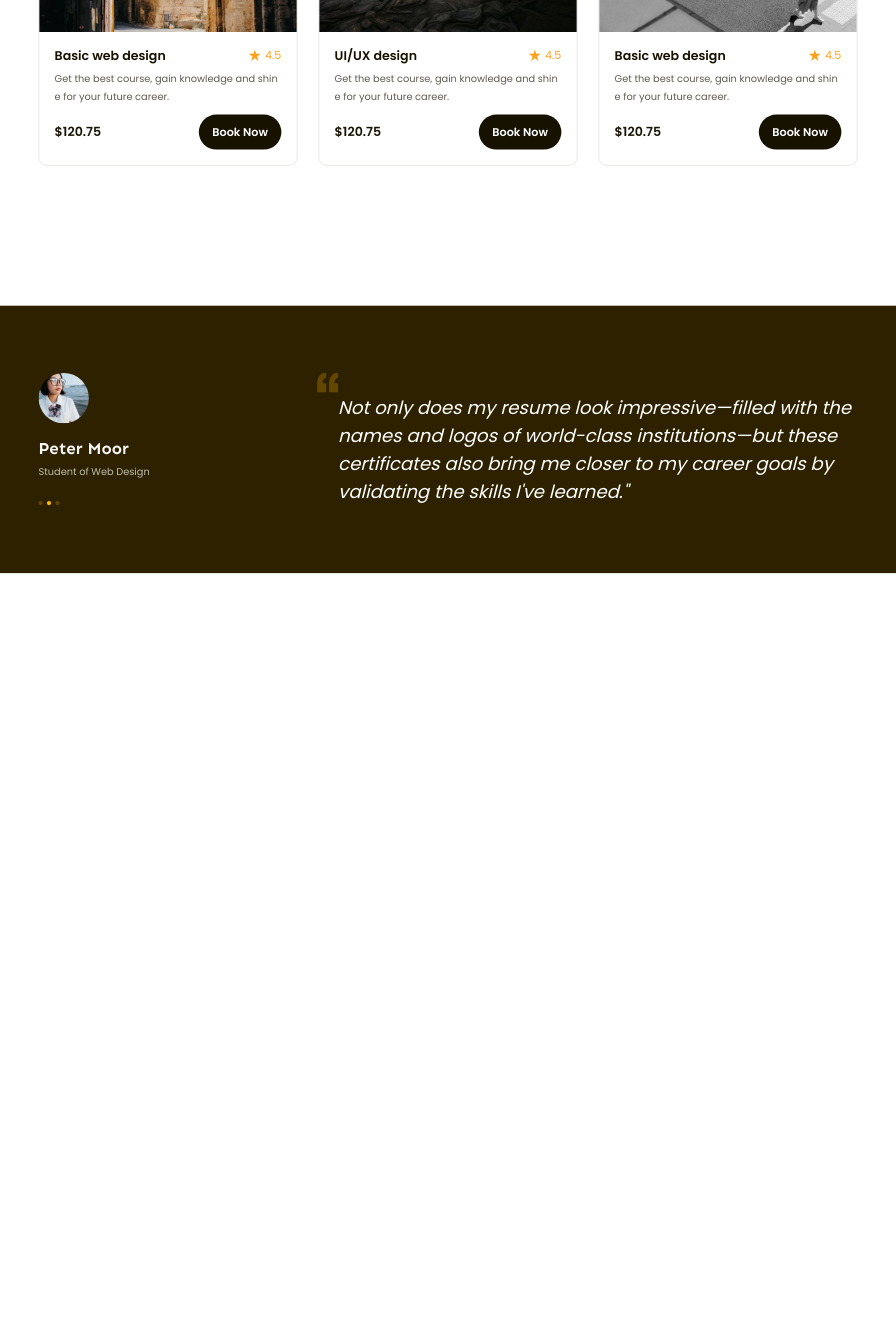
Repository: empty24062002/f8-htmlcss-02-pratice
Page: index.html
These files come from the project's save history. The page is drawn as it stood at one moment and after the next save; the edit follows.
The browser window is 1280 px wide. The pictures show the part of the page from y = 1484 to 3404 px (the page is 5187 px tall), at 70% of full size.
A picture or video elsewhere on the page could not be fetched, so the positions and the page height are approximate.

Above is the page before, as saved 2023-07-20 08:07:27.

### index.html
<!DOCTYPE html>
<html lang="en">
    <head>
        <meta charset="UTF-8" />
        <meta name="viewport" content="width=device-width, initial-scale=1.0" />
        <title>F8 Project 02 Practice</title>
        <!-- Reset CSS -->
        <link rel="stylesheet" href="./assets/css/reset.css" />
        <!-- Embed font -->
        <link rel="preconnect" href="https://fonts.googleapis.com" />
        <link rel="preconnect" href="https://fonts.gstatic.com" crossorigin />
        <link
            href="https://fonts.googleapis.com/css2?family=Poppins:wght@400;500;600;700&family=Sen:wght@700&display=swap"
            rel="stylesheet"
        />
        <link rel="stylesheet" href="./assets/css/styles.css" />
    </head>
    <body>
        <!-- Header -->
        <header class="header fixed">
            <div class="main-content">
                <div class="body">
                    <img
                        src="./assets/img/logo.svg"
                        alt="lesson."
                        class="logo"
                    />
                    <!-- nav -->
                    <nav class="nav">
                        <ul>
                            <li class="active">
                                <a href="#!">Home</a>
                            </li>
                            <li>
                                <a href="#!">Courses</a>
                            </li>
                            <li>
                                <a href="#!">Pricing</a>
                            </li>
                            <li>
                                <a href="#!">Reviews</a>
                            </li>
                        </ul>
                    </nav>
                    <!-- Action -->
                    <div class="action">
                        <a href="#!" class="btn sign-up-btn">Sign Up</a>
                    </div>
                </div>
            </div>
        </header>
        <main style="height: 5000px">
            <!-- hero -->
            <div class="hero">
                <div class="main-content">
                    <div class="hero-body">
                        <!-- Hero left -->
                        <div class="media-block">
                            <img
                                src="./assets/img/hero-media.jpg"
                                alt="Learn without limits and spread knowledge."
                                class="img"
                            />
                            <div class="hero-summary">
                                <!-- Item 1 -->
                                <div class="item">
                                    <div class="icon">
                                        <img
                                            src="./assets/icons/icon1.svg"
                                            alt=""
                                        />
                                    </div>
                                    <div class="info">
                                        <p class="lable">20 Courses</p>
                                        <p class="title">UI/UX Design</p>
                                    </div>
                                </div>
                                <!-- Item 2 -->
                                <div class="item">
                                    <div class="icon">
                                        <img
                                            src="./assets/icons/icon2.svg"
                                            alt=""
                                        />
                                    </div>
                                    <div class="info">
                                        <p class="lable">20 Courses</p>
                                        <p class="title">Development</p>
                                    </div>
                                </div>
                                <!-- Item 3 -->
                                <div class="item">
                                    <div class="icon">
                                        <img
                                            src="./assets/icons/icon 3.svg"
                                            alt=""
                                        />
                                    </div>
                                    <div class="info">
                                        <p class="lable">30 Courses</p>
                                        <p class="title">Marketing</p>
                                    </div>
                                </div>
                            </div>
                        </div>
                        <!-- Hero right -->
                        <div class="content-block">
                            <h1 class="heading lv1">
                                Learn without limits and spread knowledge.
                            </h1>
                            <p class="desc">
                                Build new skills for that “this is my year”
                                feeling with courses, certificates, and degrees
                                from world-class universities and companies.
                            </p>
                            <div class="cta-group">
                                <a href="" class="btn cta-btn">See Courses</a>
                                <button class="watch-video">
                                    <div class="icon">
                                        <img
                                            src="./assets/icons/watch-video.svg"
                                            alt=""
                                        />
                                    </div>
                                    <span>Watch video</span>
                                </button>
                            </div>
                            <p class="desc">Recent engagement</p>
                            <p class="desc stats">
                                <strong>50K</strong> Students
                                <strong>70+</strong> Courses
                            </p>
                        </div>
                    </div>
                </div>
            </div>
            <!-- Popular -->
            <div class="popular">
                <div class="main-content">
                    <div class="popular-top">
                        <div class="info">
                            <h2 class="heading lv2">Our popular courses</h2>
                            <p class="desc">
                                Build new skills with new trendy courses and
                                shine for the next future career.
                            </p>
                        </div>
                        <div class="controls">
                            <button class="control-btn">
                                <svg
                                    width="8"
                                    height="14"
                                    viewBox="0 0 8 14"
                                    fill="none"
                                    xmlns="http://www.w3.org/2000/svg"
                                >
                                    <path
                                        d="M7 1L1 7L7 13"
                                        stroke="currentColor"
                                        stroke-linecap="round"
                                        stroke-linejoin="round"
                                    />
                                </svg>
                            </button>
                            <button class="control-btn">
                                <svg
                                    width="8"
                                    height="14"
                                    viewBox="0 0 8 14"
                                    fill="none"
                                    xmlns="http://www.w3.org/2000/svg"
                                >
                                    <path
                                        d="M1 1L7 7L1 13"
                                        stroke="currentColor"
                                        stroke-linecap="round"
                                        stroke-linejoin="round"
                                    />
                                </svg>
                            </button>
                        </div>
                    </div>
                    <div class="course-list">
                        <!-- Course item 1 -->
                        <div class="course-item">
                            <a href="#!">
                                <img
                                    src="./assets/img/popular-1.jpg"
                                    alt=""
                                    class="thumb"
                                />
                            </a>
                            <div class="info">
                                <div class="head">
                                    <h3 class="title">
                                        <a href="" class="line-clamp break-all"
                                            >Basic web design</a
                                        >
                                    </h3>
                                    <div class="rating">
                                        <img
                                            src="./assets/icons/star.svg"
                                            alt=""
                                            class="star"
                                        />
                                        <span class="value">4.5</span>
                                    </div>
                                </div>
                                <p class="desc line-clamp line-2 break-all">
                                    Get the best course, gain knowledge and
                                    shine for your future career.
                                </p>
                                <div class="foot">
                                    <span class="price"> $120.75 </span>
                                    <a href="#!" class="btn book-btn"
                                        >Book Now</a
                                    >
                                </div>
                            </div>
                        </div>
                        <!-- Course item 2 -->
                        <div class="course-item">
                            <a href="#!">
                                <img
                                    src="./assets/img/popular-2.jpg"
                                    alt=""
                                    class="thumb"
                                />
                            </a>
                            <div class="info">
                                <div class="head">
                                    <h3 class="title">
                                        <a
                                            href="#!"
                                            class="line-clamp break-all"
                                            >UI/UX design</a
                                        >
                                    </h3>
                                    <div class="rating">
                                        <img
                                            src="./assets/icons/star.svg"
                                            alt=""
                                            class="star"
                                        />
                                        <span class="value">4.5</span>
                                    </div>
                                </div>
                                <p class="desc line-clamp line-2 break-all">
                                    Get the best course, gain knowledge and
                                    shine for your future career.
                                </p>
                                <div class="foot">
                                    <span class="price"> $120.75 </span>
                                    <a href="#!" class="btn book-btn"
                                        >Book Now</a
                                    >
                                </div>
                            </div>
                        </div>
                        <!-- Course Item 3 -->
                        <div class="course-item">
                            <a href="#!">
                                <img
                                    src="./assets/img/popular-3.jpg"
                                    alt=""
                                    class="thumb"
                                />
                            </a>
                            <div class="info">
                                <div class="head">
                                    <h3 class="title">
                                        <a
                                            href="#!"
                                            class="line-clamp break-all"
                                            >Basic web design</a
                                        >
                                    </h3>
                                    <div class="rating">
                                        <img
                                            src="./assets/icons/star.svg"
                                            alt=""
                                            class="star"
                                        />
                                        <span class="value">4.5</span>
                                    </div>
                                </div>
                                <p class="desc line-clamp line-2 break-all">
                                    Get the best course, gain knowledge and
                                    shine for your future career.
                                </p>
                                <div class="foot">
                                    <span class="price"> $120.75 </span>
                                    <a href="#!" class="btn book-btn"
                                        >Book Now</a
                                    >
                                </div>
                            </div>
                        </div>
                    </div>
                </div>
            </div>
            <!-- Feedback -->
            <div class="feedback">
                <div class="main-content">
                    <div class="feedback-list">
                        <div class="feedback-item">
                            <div class="info">
                                <img
                                    src="./assets/img/avatar.jpg"
                                    alt="Peter Moor"
                                    class="avatar"
                                />
                                <p class="title">Peter Moor</p>
                                <p class="desc">Student of Web Design</p>
                                <div class="dots">
                                    <span class="dot"></span>
                                    <span class="dot active"></span>
                                    <span class="dot"></span>
                                </div>
                            </div>
                            <div class="content">
                                <img
                                    src="./assets/icons/open-blockquote.svg"
                                    alt=""
                                />
                                <blockquote>
                                    Not only does my resume look
                                    impressive—filled with the names and logos
                                    of world-class institutions—but these
                                    certificates also bring me closer to my
                                    career goals by validating the skills I've
                                    learned."
                                </blockquote>
                            </div>
                        </div>
                    </div>
                </div>
            </div>
        </main>
    </body>
</html>

Loaded but not shown: assets/css/reset.css (common file); assets/css/styles.css (473 lines, source omitted)

After the next save:
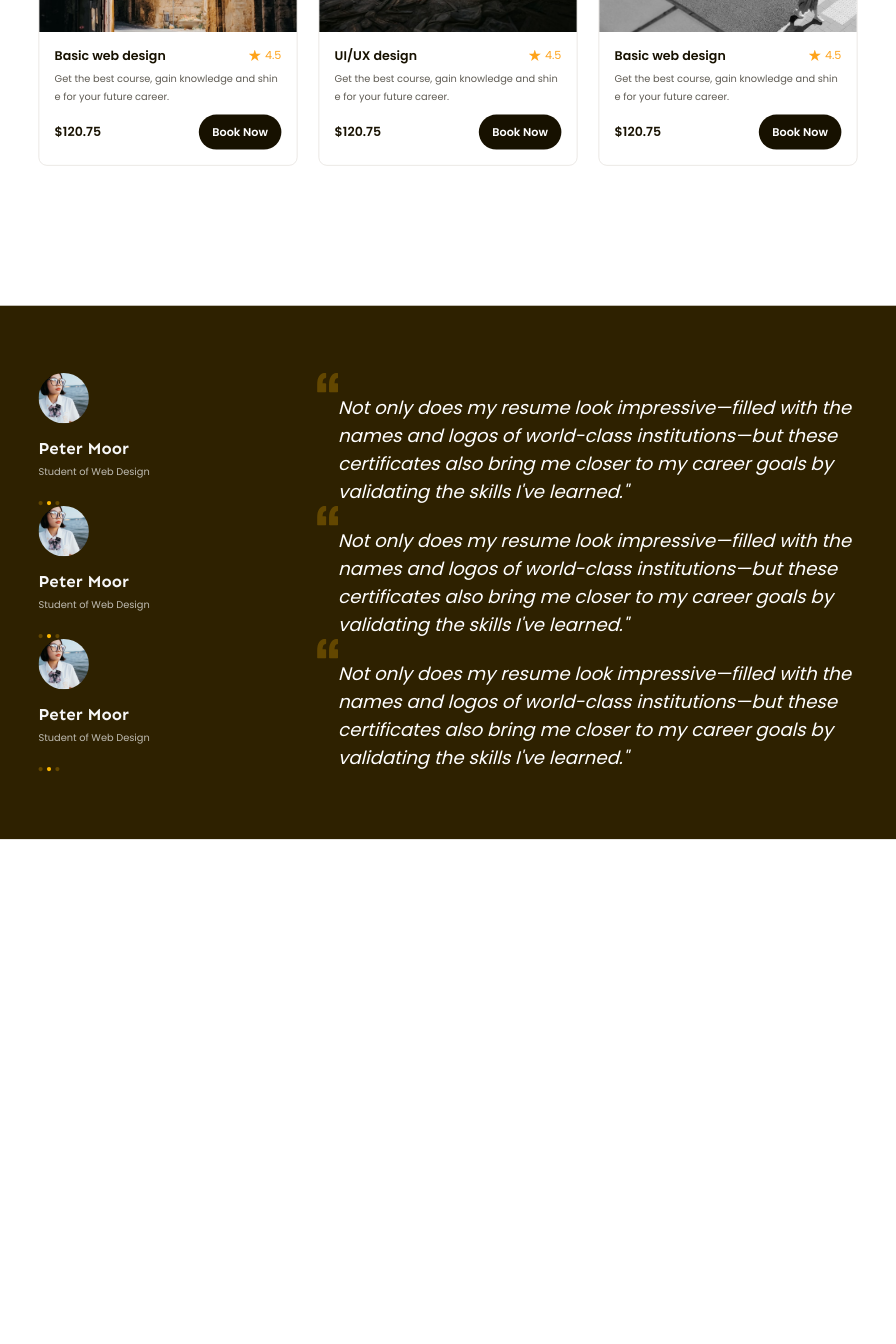
Saved 78 s later.
--- a/index.html
+++ b/index.html
@@ -303,6 +303,7 @@
             <div class="feedback">
                 <div class="main-content">
                     <div class="feedback-list">
+                        <!-- Item 1 -->
                         <div class="feedback-item">
                             <div class="info">
                                 <img
@@ -333,6 +334,68 @@
                                 </blockquote>
                             </div>
                         </div>
+                        <!-- Item 2 -->
+                        <div class="feedback-item">
+                            <div class="info">
+                                <img
+                                    src="./assets/img/avatar.jpg"
+                                    alt="Peter Moor"
+                                    class="avatar"
+                                />
+                                <p class="title">Peter Moor</p>
+                                <p class="desc">Student of Web Design</p>
+                                <div class="dots">
+                                    <span class="dot"></span>
+                                    <span class="dot active"></span>
+                                    <span class="dot"></span>
+                                </div>
+                            </div>
+                            <div class="content">
+                                <img
+                                    src="./assets/icons/open-blockquote.svg"
+                                    alt=""
+                                />
+                                <blockquote>
+                                    Not only does my resume look
+                                    impressive—filled with the names and logos
+                                    of world-class institutions—but these
+                                    certificates also bring me closer to my
+                                    career goals by validating the skills I've
+                                    learned."
+                                </blockquote>
+                            </div>
+                        </div>
+                        <!-- Item 3 -->
+                        <div class="feedback-item">
+                            <div class="info">
+                                <img
+                                    src="./assets/img/avatar.jpg"
+                                    alt="Peter Moor"
+                                    class="avatar"
+                                />
+                                <p class="title">Peter Moor</p>
+                                <p class="desc">Student of Web Design</p>
+                                <div class="dots">
+                                    <span class="dot"></span>
+                                    <span class="dot active"></span>
+                                    <span class="dot"></span>
+                                </div>
+                            </div>
+                            <div class="content">
+                                <img
+                                    src="./assets/icons/open-blockquote.svg"
+                                    alt=""
+                                />
+                                <blockquote>
+                                    Not only does my resume look
+                                    impressive—filled with the names and logos
+                                    of world-class institutions—but these
+                                    certificates also bring me closer to my
+                                    career goals by validating the skills I've
+                                    learned."
+                                </blockquote>
+                            </div>
+                        </div>
                     </div>
                 </div>
             </div>
